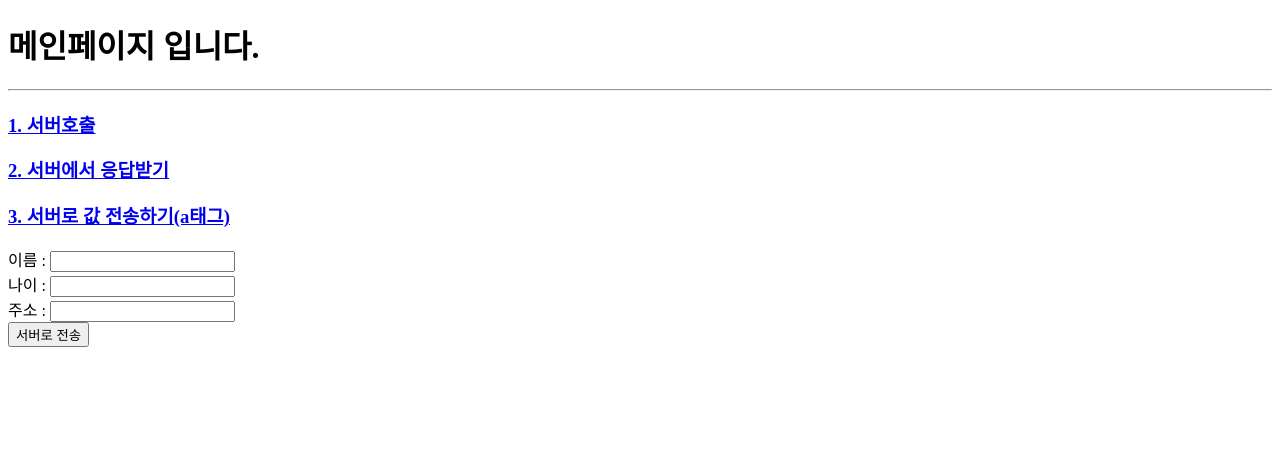
Repository: JWbase/Web_JAVA
Page: web-workspace/02_noDbProject/src/main/webapp/index.html
These files come from the project's save history. The page is drawn as it stood at one moment and after a run of saves; the edit follows.
The browser window is 1280 px wide. The pictures show the whole page.

Above is the page before, as saved 2022-08-29 07:38:26.

### web-workspace/02_noDbProject/src/main/webapp/index.html
<!DOCTYPE html>
<html>
<head>
<meta charset="UTF-8">
<title>Insert title here</title>
</head>
<body>
	<h1>메인페이지 입니다.</h1>
	<hr>
	<h3>
		<a href="/requestServer.do">1. 서버호출</a>
	</h3>
	<h3>
		<a href="/responseTest.do">2. 서버에서 응답받기</a>
	</h3>
	<h3>
		<a href="/sendData1.do?name=이정우&test=abc">3. 서버로 값 전송하기(a태그)</a>
	</h3>
	<form action="/sendData2.do" method="post">
		이름 : <input type="text" name="name"><br> 나이 : <input
			type="text" name="age"><br> 주소 : <input type="text"
			name="addr"><br> <input type="submit" value="서버로 전송">
	</form>
</body>
</html>

After the next 2 saves:
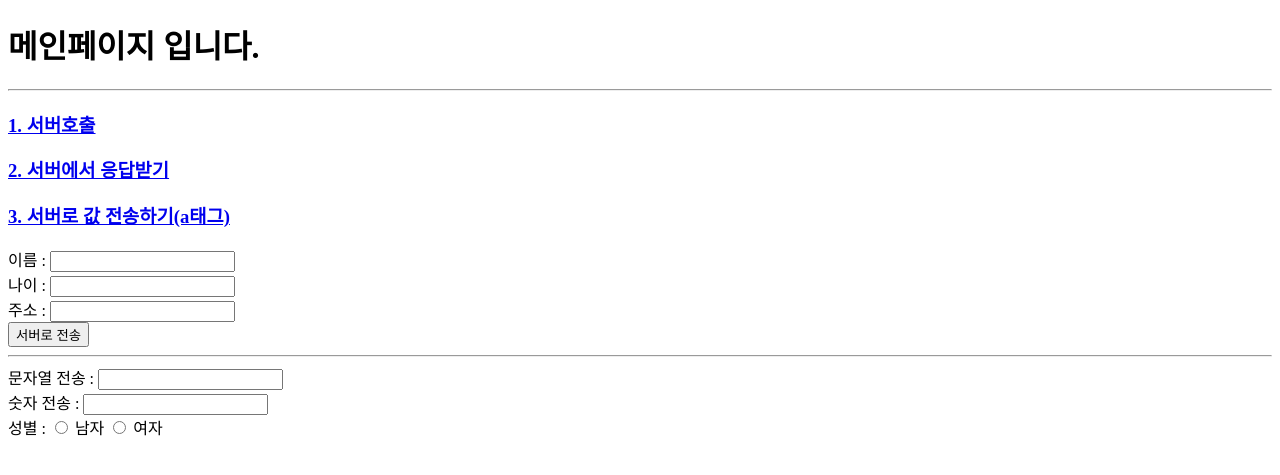
The 2 saves are shown as one change because they came seconds apart.
The last was saved 6 min 41 s later.
--- a/web-workspace/02_noDbProject/src/main/webapp/index.html
+++ b/web-workspace/02_noDbProject/src/main/webapp/index.html
@@ -21,5 +21,12 @@
 			type="text" name="age"><br> 주소 : <input type="text"
 			name="addr"><br> <input type="submit" value="서버로 전송">
 	</form>
+	<hr>
+	<form action="/sendData3.do" method="post">
+		문자열 전송 : <input type="text" name="str"><br> 숫자 전송 : <input
+			type="text" name="num"><br> 성별 : <input type="radio"
+			name="gender" value="남" id="m"> <label for="m">남자</label> <input
+			type="radio" name="gender" value="여" id="f"> <label for="f">여자</label>
+	</form>
 </body>
 </html>
